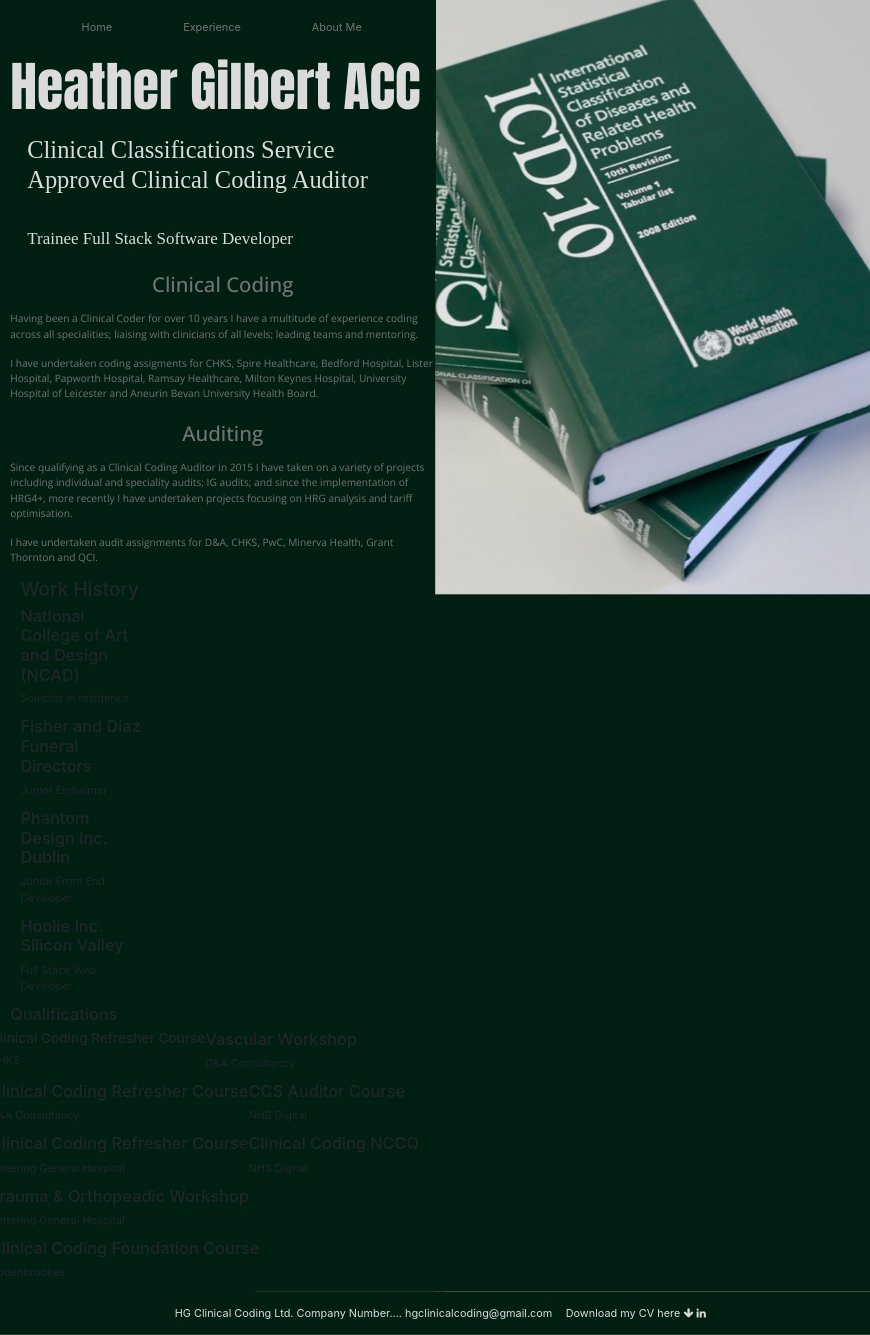
Repository: Code-Institute-Submissions/fsd-ms-project1-resume
Page: resume.html
The author's editor kept a record of every edit. The page is drawn from the files as they stood at one moment, then again after the next edit.
The browser window is 1280 px wide. The pictures show the whole page, at 68% of full size.
Some web fonts or font styles are not loaded; a fallback is used.

Above is the page before.

After the next edit:
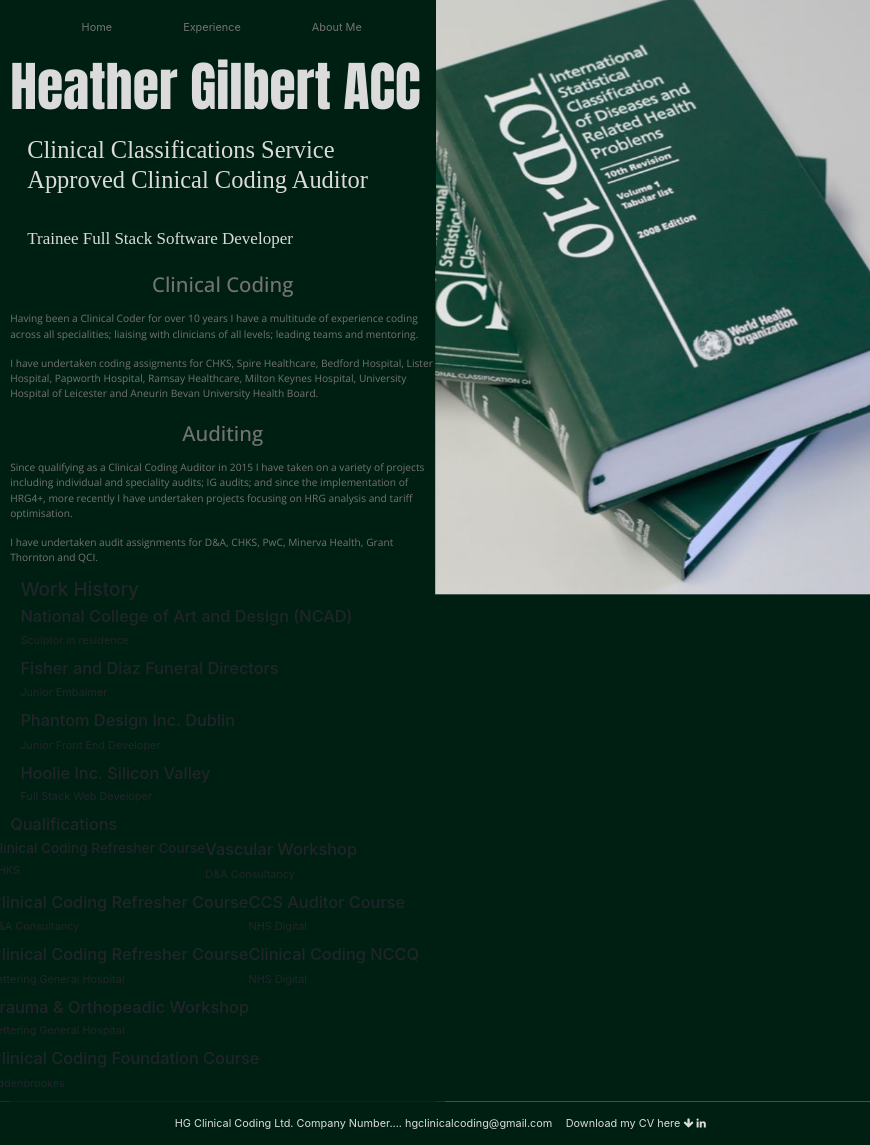
The edit:
--- a/resume.html
+++ b/resume.html
@@ -56,7 +56,7 @@
                 </div>
             </div>
             <div class="row">
-                <div class="col-md-4 bg-color-work-history section-column">
+                <div class="col-md-12">
                     <div class="row">
                         <div class="col-12">
                             <h3 class="history-heading uppercase">
